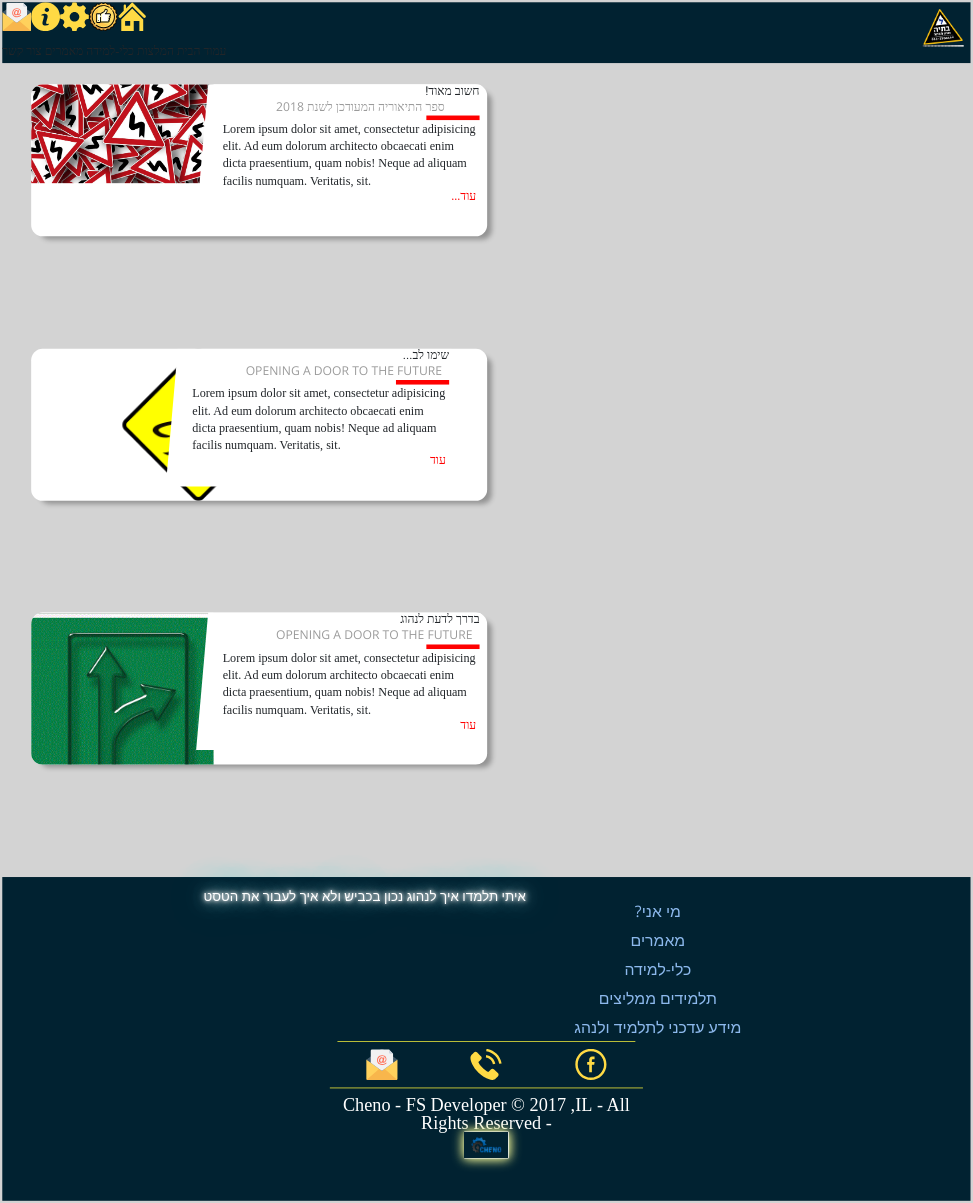
Repository: ChenGinsberg/BatyaLamed-site
Page: index.html
These files come from the project's save history. The page is drawn as it stood at one moment and after the next save; the edit follows.
The browser window is 1280 px wide. The pictures show the whole page, at 76% of full size.
Some web libraries are served in a nearby version.

Above is the page before, as saved 2017-11-21 22:17:28.

After the next save:
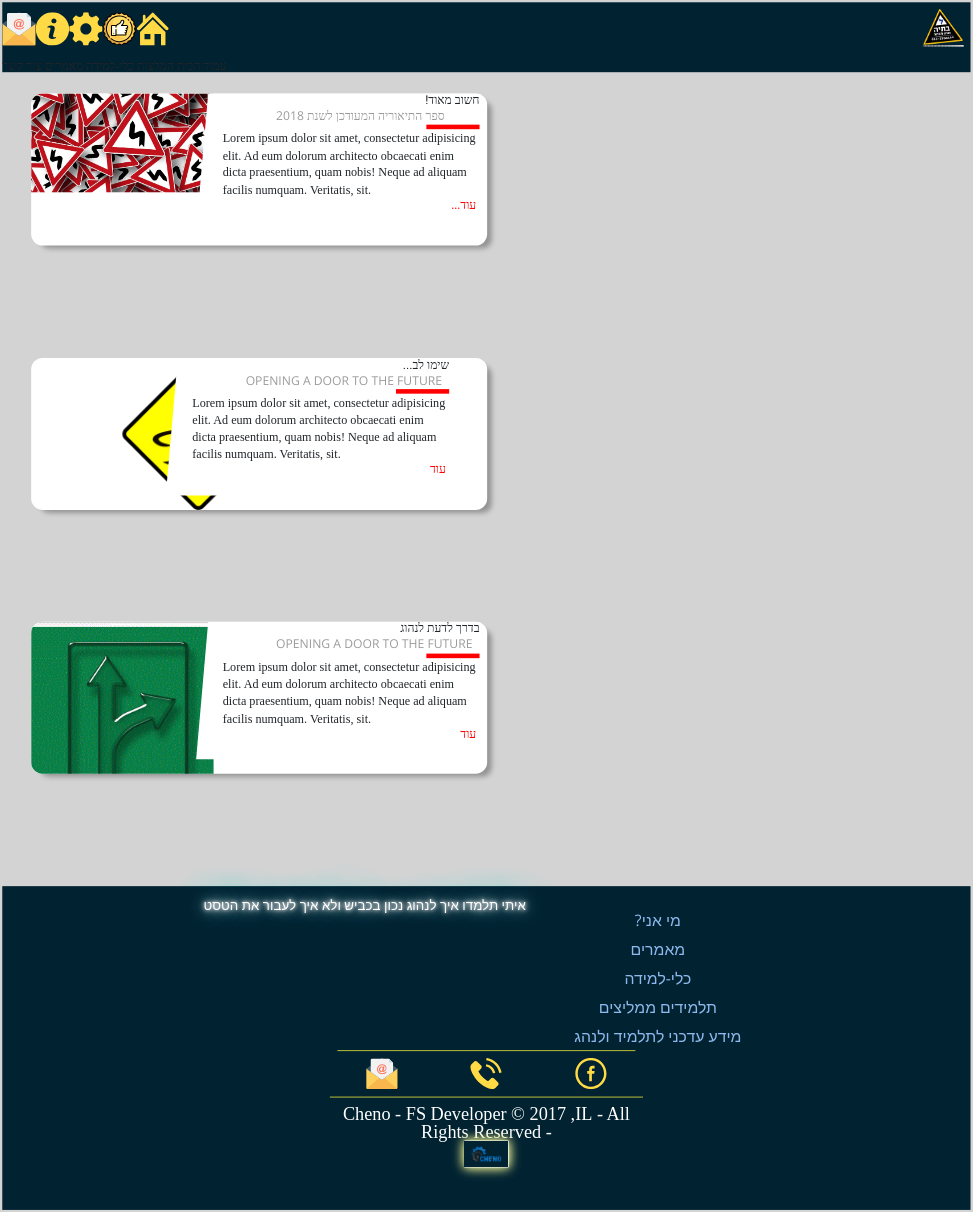
Saved 118 s later.
--- a/style/nav.css
+++ b/style/nav.css
@@ -20,7 +20,8 @@
 }
 
 .nav--icon {
-    width: 38px;
+    width: 44px;
+    margin-top: 13px;
 }
 
 
